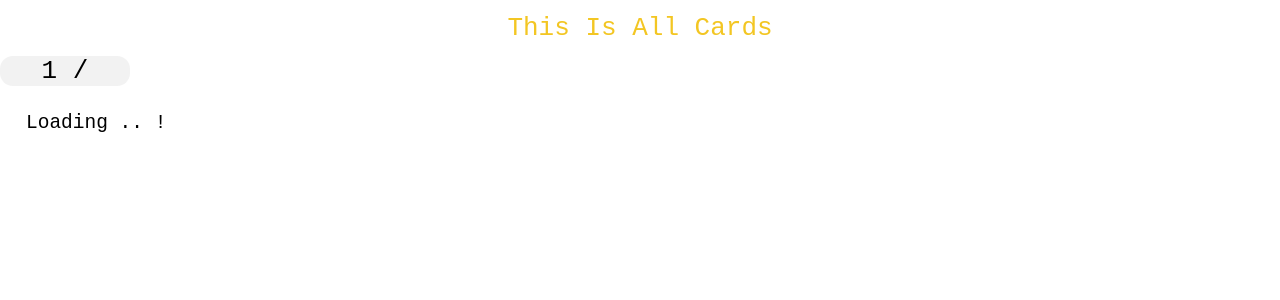
Repository: rehamtaher10/reactQueryTask
Page: /
An editor plug-in stored every save of this project. The page is shown before and after the next save, followed by the edit.
The browser window is 1280 px wide. The pictures show the whole page.
The page's requests for data from a server got no answer. The project was rebuilt for these pictures with package versions that can differ from the ones it lists, and the page was loaded fresh each time. No one was signed in, and anything a server would have sent is missing. Also part of the build but not shown: vite.config.js.

Above is the page before, as saved 2024-12-07 20:07:52.

### src/main.jsx
import { StrictMode } from "react";
import { createRoot } from "react-dom/client";
import "./style/app.css";
import App from "./App.jsx";
import {
  QueryClient,
  QueryClientProvider,
  useQuery,
} from "@tanstack/react-query";

const queryClient = new QueryClient();

createRoot(document.getElementById("root")).render(
  <StrictMode>
    <QueryClientProvider client={queryClient}>
      <App />
    </QueryClientProvider>
  </StrictMode>
);

### src/style/app.css
*{
    padding: 0;
    margin: 0;
    box-sizing: border-box;
    font-family: monospace;
    font-weight: 400;
}
.productContainer{
    padding: 2em;
    display: flex;
    flex-wrap: wrap;
    gap: 2em;
}
.post{
    width: calc((100% - 4em) / 3);
    background: #f2f2f2;
    border: 1px solid rgba(0, 0, 0, .2);
}
.post img{
    width: 100%;
    height: 350px;
    object-fit: cover;
    display: block;
    margin-left: auto;
    margin-right: auto;
}
.post h2{
    padding-inline: 1em;
    padding-block: 1.5em;
    font-size: 1.3rem;
    color:#10375C;
}
.post p{
    width: fit-content;
    padding-inline: 1em;
    margin-block: .5rem;
    background-color: #EB8317;
    color: #F4F6FF;
    font-size: 1.3rem;
    font-weight: bold;
}
h1{
    color: #F3C623;
    text-align: center;
    padding-block: 1rem;
    font-family: monospace;
    font-size: 2rem;
}
.pagination p{
    background-color:#f2f2f2 ;
    font-size: 2rem;
    width: 10rem;
    text-align: center;
    border-radius: 1rem;
}

### src/App.jsx
import { useQuery } from "@tanstack/react-query";
import React, { useState } from "react";
function App() {
  const [page, setPage] = useState(0);
  const limit = 9;

  const productsFetch = async (page = 0) => {
    const res = await fetch(
      `https://dummyjson.com/products?limit=${limit}&skip=${page * limit}`
    );
    const productRes = await res.json();
    return productRes;
  };

  const { data, isLoading } = useQuery({
    queryKey: ["products", page],
    queryFn: () => productsFetch(page),
  });

  return (
    <>
      <h1>This Is All Cards</h1>

      <div className="pagination">
        <p>{page + 1} / {data?.total && Math.ceil(data?.total / limit)}</p>

      </div>
      <div className="productContainer">
        {isLoading ? (
          <h2>Loading .. !</h2>
        ) : (
          data?.products.map((ele) => (
            <div class="post" key={ele.id}>
              <div>
                <img src={ele.images?.[0]} />
              </div>
              <h2>${ele.title} </h2>
              <p>${ele.price} $</p>
            </div>
          ))
        )}
      </div>
    </>
  );
}

export default App;

Loaded but not shown: index.html (common file)

After the next save:
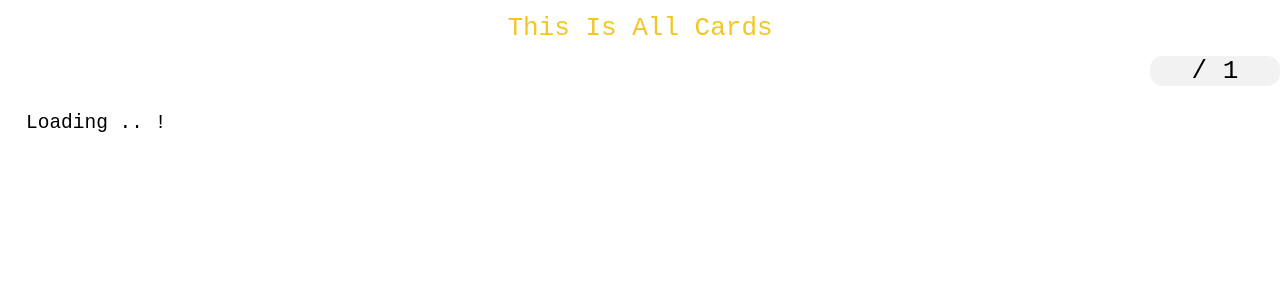
Saved 7 s later.
--- a/src/style/app.css
+++ b/src/style/app.css
@@ -46,6 +46,9 @@ h1{
     font-family: monospace;
     font-size: 2rem;
 }
+.pagination{
+    direction: rtl;
+}
 .pagination p{
     background-color:#f2f2f2 ;
     font-size: 2rem;
